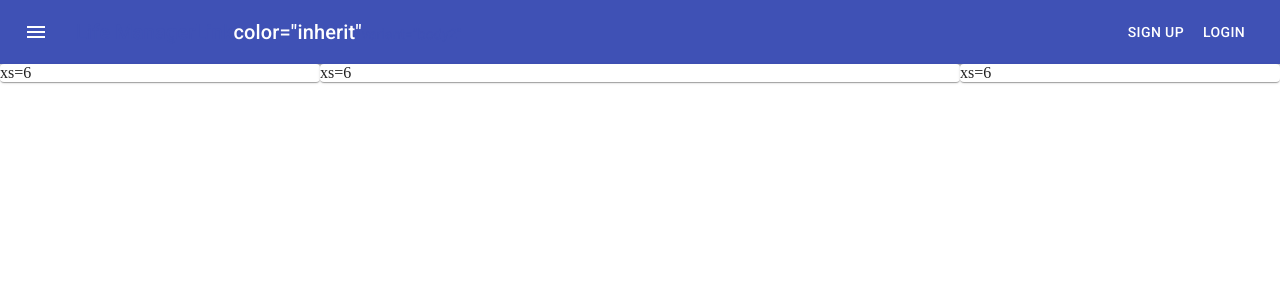
Repository: DaNiels89/lifemanagerreact
Page: /
The author's editor kept a copy of each file at every save. The page is drawn from the files as they stood at one save, then again after the next save.
The browser window is 1280 px wide. The pictures show the whole page.
The project was rebuilt for these pictures with package versions that can differ from the ones it lists, and the page was loaded fresh each time.

Above is the page before, as saved 2020-03-13 14:50:51.

After the next save:
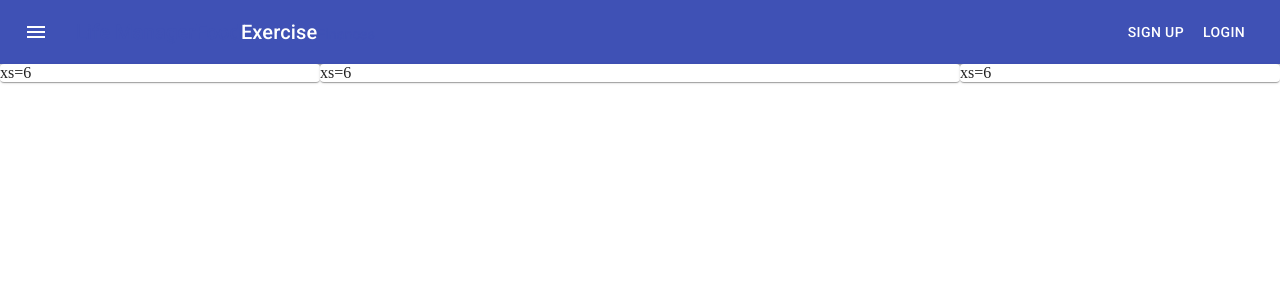
Saved 56 s later.
--- a/src/components/layout/Header.js
+++ b/src/components/layout/Header.js
@@ -37,17 +37,17 @@ export default function Header() {
             <MenuIcon />
           </IconButton>
           <Typography variant="h6" className={classes.title}>
-            <Link href="#" onClick={preventDefault}>
+            <Link href="/" onClick={preventDefault}>
               Life Manager
             </Link>
-            <Link href="#" onClick={preventDefault}>
-              Link
+            <Link href="l" onClick={preventDefault}>
+              Food
             </Link>
-            <Link href="#" onClick={preventDefault} color="inherit">
-              {'color="inherit"'}
+            <Link href="/" onClick={preventDefault} color="inherit">
+              Exercise
             </Link>
-            <Link href="#" onClick={preventDefault} variant="body2">
-              {'variant="body2"'}
+            <Link href="/" onClick={preventDefault} variant="body2">
+              Finances
             </Link>
           </Typography>
           <Button color="inherit">Sign up</Button>
